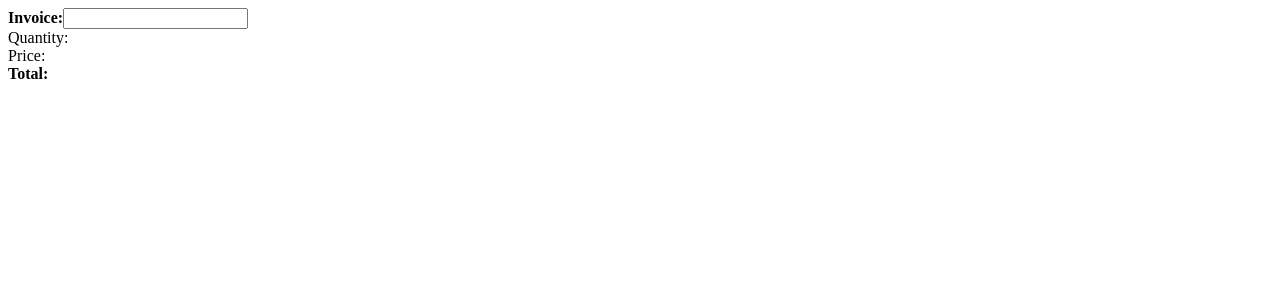
Repository: emriti/BO_SOA_Angular
Page: AngularClient/WebContent/Sampel.html
An editor plug-in stored every save of this project. The page is shown before and after the next save, followed by the edit.
The browser window is 1280 px wide. The pictures show the whole page.

Above is the page before, as saved 2016-08-29 08:19:36.

### AngularClient/WebContent/Sampel.html
<!DOCTYPE html>
<html>
<head>
<meta charset="ISO-8859-1">
<title>Insert title here</title>
<script type="text/javascript" src="scripts/angular.min.js"></script>
</head>
<body>
	<div ng-app>
		<b>Invoice:<input></input></b>
		<div>Quantity:</div>
		<div>Price:</div>
		<div><b>Total:</b></div>
	</div>
</body>
</html>

Loaded but not shown: AngularClient/WebContent/scripts/angular.min.js (library)

After the next save:
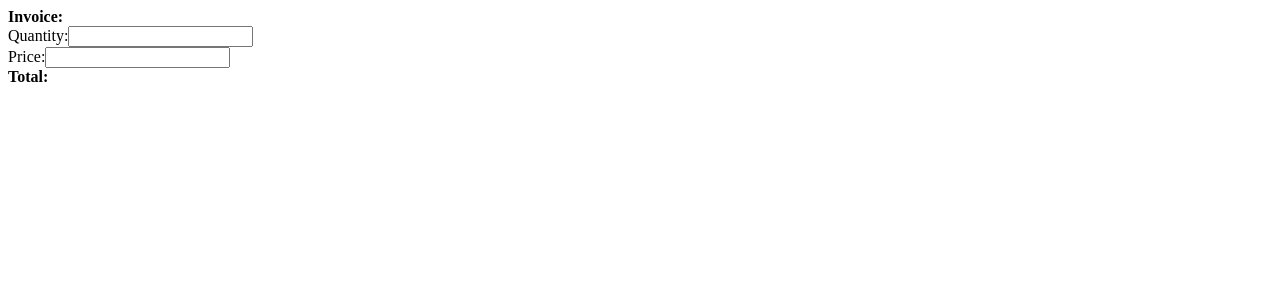
Saved 74 s later.
--- a/AngularClient/WebContent/Sampel.html
+++ b/AngularClient/WebContent/Sampel.html
@@ -7,10 +7,10 @@
 </head>
 <body>
 	<div ng-app>
-		<b>Invoice:<input></input></b>
-		<div>Quantity:</div>
-		<div>Price:</div>
-		<div><b>Total:</b></div>
+		<b>Invoice:</b>
+		<div>Quantity:<input type="number" min="0" ng-model="qty"></div>
+		<div>Price:<input type="number" min="0" ng-model="price"></div>
+		<div><b>Total:</b>{{qty*price|currency}}</div>
 	</div>
 </body>
 </html>
